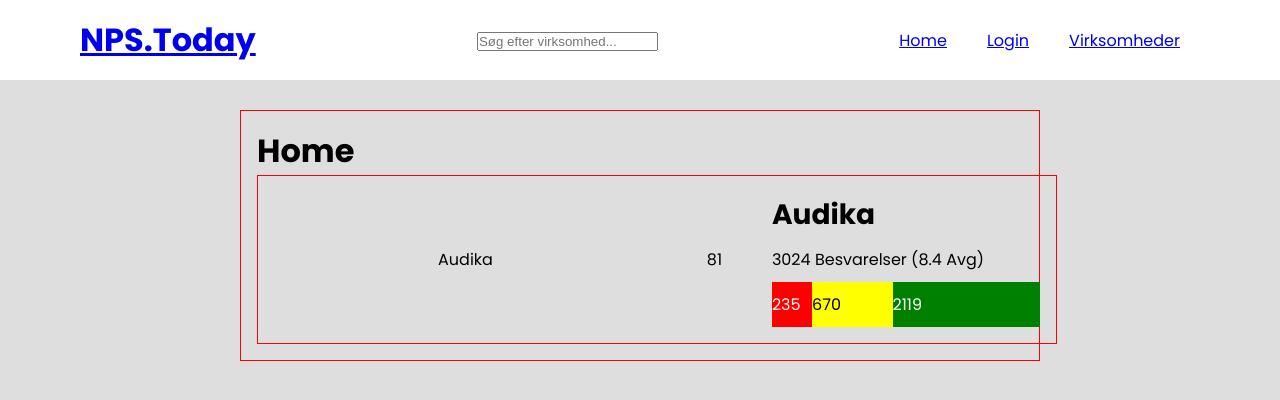
Repository: Shaydx/reviews
Page: /
The author's editor kept a copy of each file at every save. The page is drawn from the files as they stood at one save, then again after a run of saves.
The browser window is 1280 px wide. The pictures show the whole page.
The project was rebuilt for these pictures with package versions that can differ from the ones it lists, and the page was loaded fresh each time.

Above is the page before, as saved 2020-10-13 16:43:19.

### public/index.html
<!DOCTYPE html>
<html lang="en">

<head>
  <meta charset="utf-8" />
  <link rel="icon" href="%PUBLIC_URL%/favicon.ico" />
  <meta name="viewport" content="width=device-width, initial-scale=1" />
  <meta name="theme-color" content="#000000" />
  <meta name="description" content="Web site created using create-react-app" />
  <link rel="apple-touch-icon" href="%PUBLIC_URL%/logo192.png" />
  <!--
      manifest.json provides metadata used when your web app is installed on a
      user's mobile device or desktop. See https://developers.google.com/web/fundamentals/web-app-manifest/
    -->
  <link rel="manifest" href="%PUBLIC_URL%/manifest.json" />
  <!--
      Notice the use of %PUBLIC_URL% in the tags above.
      It will be replaced with the URL of the `public` folder during the build.
      Only files inside the `public` folder can be referenced from the HTML.

      Unlike "/favicon.ico" or "favicon.ico", "%PUBLIC_URL%/favicon.ico" will
      work correctly both with client-side routing and a non-root public URL.
      Learn how to configure a non-root public URL by running `npm run build`.
    -->
  <title>NPS.Today - Reviews</title>
</head>

<body>
  <noscript>You need to enable JavaScript to run this app.</noscript>
  <div id="root"></div>
  <!--
      This HTML file is a template.
      If you open it directly in the browser, you will see an empty page.

      You can add webfonts, meta tags, or analytics to this file.
      The build step will place the bundled scripts into the <body> tag.

      To begin the development, run `npm start` or `yarn start`.
      To create a production bundle, use `npm run build` or `yarn build`.
    -->
</body>

</html>

### src/index.css
@import url("https://fonts.googleapis.com/css2?family=Poppins:wght@300;400;700&display=swap");

* {
  margin: 0;
  padding: 0;
  box-sizing: border-box;
}

body {
  max-width: 1440px;
  margin: 0 auto;
  font-family: "Poppins", sans-serif;
}

### src/App.js
import React from "react";
import { BrowserRouter as Router } from "react-router-dom";

// Styling
import "./assets/app.scss";

// Components
import Header from "./components/Header/Header";

// Routing
import Content from "./components/Routing/Routing";

function App() {
  return (
    <Router>
      <Header />
      <main>
        <Content />
      </main>
    </Router>
  );
}

export default App;

### src/assets/app.scss
// Abstracts
@import "./abstracts/variables";
@import "./abstracts/functions";

// Global
@import "./base/global";

// Partials
@import "./partials/header";

// Components
@import "./components/navbar";
@import "./components/analytics";

### src/components/Header/Header.js
import React from "react";

// Components
import Logo from "./Logo/Logo";
import Search from "./Search/Search";
import NavBar from "./Navbar/Navbar";

// Pages

const Header = () => {
  return (
    <div className="header-container">
      <Logo />
      <Search />
      <NavBar />
    </div>
  );
};

export default Header;

### src/components/Routing/Routing.js
import React from "react";
import { Switch, Route } from "react-router-dom";

// Pages
import Home from "../../pages/Home";

const Routing = () => {
  return (
    <Switch>
      <Route exact path={["/", "/home"]} component={Home} />
    </Switch>
  );
};

export default Routing;

### src/assets/abstracts/_variables.scss
// Colors
$red: #d62725;
$yellow: #fdc619;
$green: #00a46e;
$black: #3c3c3c;
$white: #ffffff;

$primary: $red;
$secondary: $green;

$margin: 30px 80px;

### src/assets/abstracts/_functions.scss
html {
  background: #dedede;
}

### src/assets/base/_global.scss
main {
  margin: $margin;
}

.container {
  width: 800px;
  padding: 1rem;
  margin: 0 auto;
  border: 1px solid red;
}

### src/assets/partials/_header.scss
.header-container {
  display: flex;
  justify-content: space-between;
  align-items: center;

  background: $white;
  padding: 1rem 80px;
}

### src/assets/components/_navbar.scss
nav {
  display: flex !important;
  background: #fff;

  ul {
    list-style: none;
    display: flex;
    flex-wrap: wrap;
    justify-content: space-between;
    justify-self: flex-end;
    align-items: center;

    li {
      list-style: none;
      padding: 10px 20px;
    }
  }
}

### src/assets/components/_analytics.scss
#analytics {
  display: grid;
  grid-template-columns: 1fr 1fr;
  grid-template-areas: "Logo Analytics";

  .logo {
    grid-area: Logo;
    align-self: center;
    justify-self: center;
  }

  .analytics {
    display: grid;
    grid-template-columns: 30% 70%;
    grid-template-rows: 1fr 1fr 1fr;
    gap: 0px 0px;
    grid-template-areas:
      "Gauge Name"
      "Gauge total-respondents"
      "Gauge spread";
    grid-area: Analytics;

    .gauge {
      grid-area: Gauge;
      align-self: center;
      justify-self: center;
    }

    .name {
      grid-area: Name;
      align-self: center;
      font-size: 28px;
      font-weight: 700;
    }

    .total-respondents {
      grid-area: total-respondents;
      align-self: center;
    }

    .spread {
      display: grid;
      grid-template-columns: 15% 30% 55%;
      grid-template-rows: 1fr;
      grid-template-areas: "detractors passive promoters";
      grid-area: spread;

      .detractors {
        grid-area: detractors;
        background: red;
        color: white;
        padding: 10px 0;
      }
      .passive {
        grid-area: passive;
        background: yellow;
        padding: 10px 0;
      }
      .promoters {
        grid-area: promoters;
        background: green;
        color: white;
        padding: 10px 0;
      }
    }
  }
}

### src/components/Header/Logo/Logo.js
import React from "react";
import { Link } from "react-router-dom";

function Logo() {
  return (
    <div className="logo">
      <Link to="/">
        <h1>NPS.Today</h1>
      </Link>
    </div>
  );
}

export default Logo;

### src/components/Header/Search/Search.js
import React from "react";

const Search = () => {
  return (
    <div className="search">
      <input
        type="search"
        name="search"
        id="search"
        placeholder="Søg efter virksomhed..."
      />
    </div>
  );
};

export default Search;

### src/components/Header/Navbar/Navbar.js
import React from "react";
import { NavLink } from "react-router-dom";

function Navbar() {
  return (
    <nav className="navigation">
      <ul className="menu">
        <li className="menu-item">
          <NavLink to="/" activeClassName="current-menu-item">
            Home
          </NavLink>
        </li>
        <li className="menu-item">
          <NavLink to="/login" activeClassName="current-menu-item">
            Login
          </NavLink>
        </li>
        <li className="menu-item">
          <NavLink to="/virksomheder" activeClassName="current-menu-item">
            Virksomheder
          </NavLink>
        </li>
      </ul>
    </nav>
  );
}

export default Navbar;

### src/pages/Home.js
import React from "react";

// Components
import Analytics from "../components/Analytics/Analytics";

const Home = () => {
  return (
    <div className="container">
      <h1>Home</h1>
      <Analytics />
    </div>
  );
};

export default Home;

### src/components/Analytics/Analytics.js
import React from "react";

const Analytics = () => {
  return (
    <div id="analytics" className="container">
      <div className="logo">Audika</div>
      <div className="analytics">
        <div className="gauge">
          <span>81</span>
        </div>
        <div className="name">Audika</div>
        <div className="total-respondents">
          3024 Besvarelser
          <span className="avg"> (8.4 Avg)</span>
        </div>
        <div className="spread">
          <div className="detractors">235</div>
          <div className="passive">670</div>
          <div className="promoters">2119</div>
        </div>
      </div>
    </div>
  );
};

export default Analytics;

Loaded but not shown: src/index.js (common file); src/serviceWorker.js (common file)

After the next 2 saves:
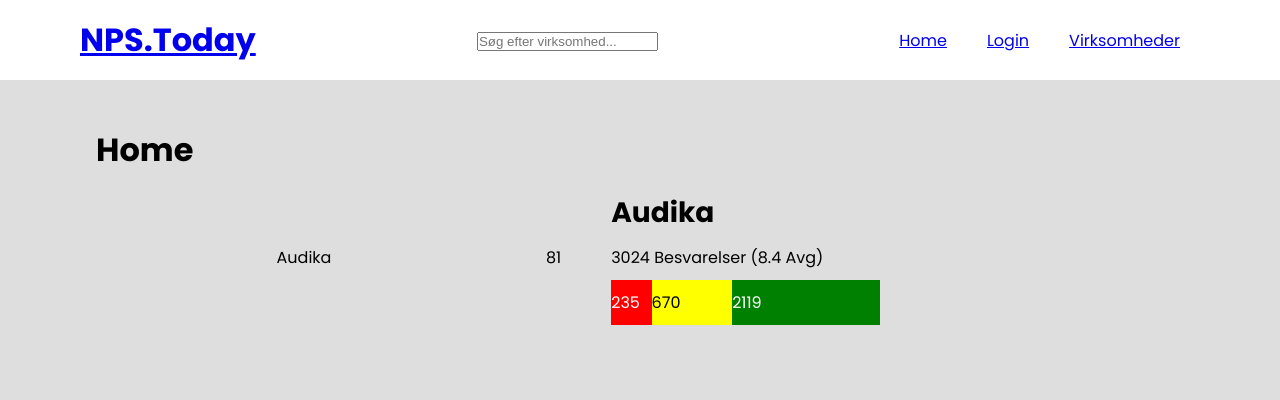
The 2 saves are shown as one change because they came seconds apart.
The last was saved 8 s later.
--- a/src/assets/base/_global.scss
+++ b/src/assets/base/_global.scss
@@ -5,6 +5,4 @@
 .container {
   width: 800px;
   padding: 1rem;
-  margin: 0 auto;
-  border: 1px solid red;
 }
